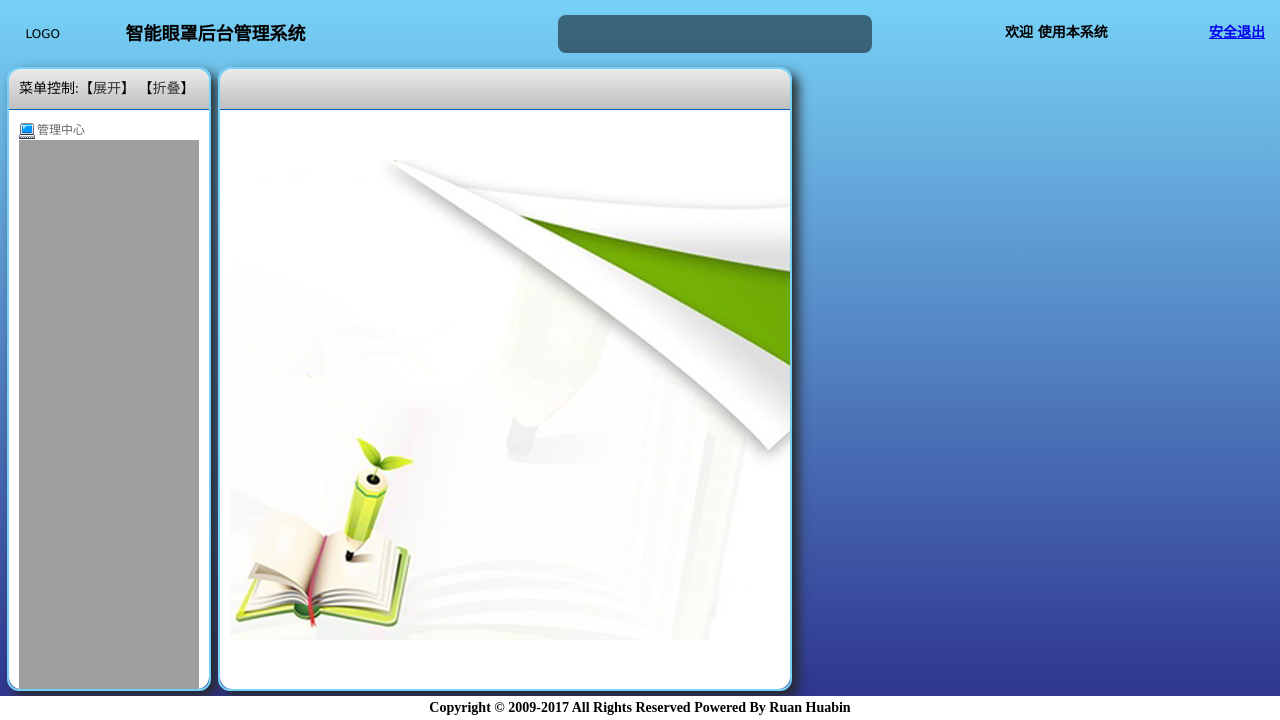
Repository: ruanhuabin/IntelliEyeShade
Page: http://localhost/IntelliEyeShade/admin/admin_login_success.jsp
An editor plug-in stored every save of this project. The page is shown before and after the next save, followed by the edit.
The browser window is 1280 px wide. The pictures show the whole page.
The page is served by Tomcat 9. Nobody is signed in. The application's start-up code is not run. Other server files are loaded and not shown.

Above is the page before, as saved 2016-12-06 10:00:04.

### IntelliEyeShade/WebRoot/admin/admin_login_success.jsp
<%@ page language="java" import="java.util.*" contentType="text/html; charset=utf-8" %>
<%
String path = request.getContextPath();
String basePath = request.getScheme()+"://"+request.getServerName()+":"+request.getServerPort()+path+"/";
%>

<!DOCTYPE html>
<html>
<head>
	<title>后台管理</title>
	<meta http-equiv="content-type" content="text/html;charset=UTF-8">
	<link rel="stylesheet" type="text/css" href="../css/index.css" />
</head>
<body>
<div id="wrapper">
	<div id="header">
		<div id="logo">LOGO</div>
		<div id="title">智能眼罩后台管理系统</div>
		<div id="menu" style="left: 858px; width: 314px;">
<!-- 			<div id="menu_container"> -->
<!-- 				<ul id="menu_items"> -->
<!-- 					<li class="menu_item on" style="border-radius:8px 0 0 8px" onmouseout="this.style.backgroundColor=''" onmouseover="this.style.backgroundColor='#77D1F6';this.style.borderRadius='8px 0 0 8px'"><a>用户管理</a></li> -->
<!-- 					<li class="menu_item" onmouseout="this.style.backgroundColor='';this.style.fontWeight='normal'" onmouseover="this.style.backgroundColor='#77D1F6';this.style.fontWeight='bold'"><a>硬件管理</a></li> -->
<!-- 					<li class="menu_item" onmouseout="this.style.backgroundColor='';this.style.fontWeight='normal'" onmouseover="this.style.backgroundColor='#77D1F6';this.style.fontWeight='bold'"><a>统计管理</a></li> -->
<!-- 					<li class="menu_item" onmouseout="this.style.backgroundColor='';this.style.fontWeight='normal'" onmouseover="this.style.backgroundColor='#77D1F6';this.style.fontWeight='bold'"><a>网盘管理</a></li>
<!-- 					<li class="menu_item" onmouseout="this.style.backgroundColor='';this.style.fontWeight='normal'" onmouseover="this.style.backgroundColor='#77D1F6';this.style.fontWeight='bold'"><a>相册管理</a></li> -->
<!-- 					 <li class="menu_item" style="border-radius:8px 0 0 8px;border:0px;" onmouseout="this.style.backgroundColor='';this.style.fontWeight='normal'" onmouseover="this.style.backgroundColor='#77D1F6';this.style.borderRadius='0 8px 8px 0';this.style.fontWeight='bold'"><a>邮件管理</a></li> -->
<!-- 					--> -->
<!-- 				</ul> -->
<!-- 			</div> -->
		</div>
		<div id="user_info">
			<div id="welcome">欢迎 ${sessionScope.loginUserName} 使用本系统</div>
			<div id="logout"><a href="<%=path%>/admin/Administrator_logout.action">安全退出</a></div>
		</div>
	</div>
	<div id="navigator">
		<iframe src="../tree.jsp"></iframe>
        </div>
	<div id="main">
		<iframe name="MainFrame" src="admin_login_main.jsp"></iframe>
	</div>
	<div id="footer">Copyright © 2009-2017 All Rights Reserved Powered By Ruan Huabin</div>
</div>
</body>
<script type="text/javascript">
function screenAdapter(){
	document.getElementById('footer').style.top=document.documentElement.scrollTop+document.documentElement.clientHeight- document.getElementById('footer').offsetHeight+"px";
		document.getElementById('navigator').style.height=document.documentElement.clientHeight-100+"px";
		document.getElementById('main').style.height=document.documentElement.clientHeight-100+"px";
		document.getElementById('main').style.width=window.screen.width-230+"px";
}

window.onscroll=function(){screenAdapter();};
window.onresize=function(){screenAdapter();};
window.onload=function(){screenAdapter();};
</script>
</html>

### IntelliEyeShade/WebRoot/css/index.css
* {
    background: none repeat scroll 0 0 transparent;
    border: 0 none;
    margin: 0;
    padding: 0;
    vertical-align: baseline;
}
body{
    min-height:600px;
    min-width:1280px;
	overflow-y:hidden;
}
#wrapper {
    background-image: -moz-linear-gradient(top,#77D1F6, #2F368F);
    background-image:-webkit-gradient(linear, left top, left bottom, color-stop(0, #77D1F6),color-stop(1, #2F368F));
    font-family: "lucida Grande",Tahoma,Arial;
    font-size: 12px;
    overflow: hidden;
    height:100%;
    width:100%;
    height:100%;
}
#header {
    float: left;
    height: 62px;
    position: relative;
    width: 100%;
    z-index: 10;
	text-align:center;
}
#logo {
	//border:1px solid red;
    float: left;
    height: 38px;
	line-height:38px;
	vertical-align:middle;
    margin: 15px 0 0 1%;
    width: 60px;
}
#title {
	//border:1px solid red;
    float: left;
    height: 38px;
	line-height:38px;
	vertical-align:middle;
    margin: 15px 0 0 1%;
    width: 260px;
	font-family:微软雅黑;
	font-size:18px;
	font-weight:bold;
	text-align:center;
}
#menu{
	position:absolute;
	left:50%;
	margin-top:15px;
	margin-left:-300px;
    float: float;
    height: 38px;
	width:615px;
	line-height:38px;
	vertical-align:middle;
	text-align:center;
    border-radius: 8px;
    background-color:#000000;
    opacity:0.5;
}
#menu_container{
    position:relative;
	margin:2px;
	height: 34px;
	line-height:34px;
    vertical-align:middle;
    border-radius: 8px;
    background-image: -moz-linear-gradient(top,#EBEBEB, #BFBFBF);
    background-image: -webkit-gradient(linear, left top, left bottom, color-stop(0, #EBEBEB),color-stop(1, #BFBFBF));
}
#menu_items{
	list-style:none;
	line-height: normal;
	height: 34px;
	line-height:34px;
	vertical-align:middle;
	font-size:14px;
	border:2px solid solid;
	border-right-style:groove;
}
.menu_item{
	display: list-item;
	float:left;
	width:100px;
	border-right:2px solid #F6F6F6;
	border-right-style:groove;
	cursor:pointer;
}
.on{
	display: list-item;
	float:left;
	width:100px;
	background:#77D1F6;
	font-weight:bold;
}
.menu_item a{
	height: 34px;
	line-height:34px;
	display:block;
}
#user_info {
    height: 35px;
	line-height:35px;
	vertical-align:middle;
    position: relative;
	float:right;
	margin-top:15px;
	margin-right:15px;
	width:240px;
    font-weight:bold;
	font-size:14px;
}
#welcome{
	left:-20px;
    position: relative;
	float:left;
}
#logout{
    position: relative;
	float:right;
}
#footer{
    position: absolute;
	float:left;
    left:0px;
    width: 100%;
    height: 25px;
    vertical-align:middle;
    line-height:25px;
	text-align:center;
	font-family:微软雅黑;
	font-size:14px;
	font-weight:bold;
	font-color:#FFF;
}
#navigator{
    position:relative;
    float:left;
    width:200px;
    margin:5px 2px 5px 2px;
    left:5px;
    border-color: #77D1F6;
    border-width: 2px;
    border-style: solid;
    border-radius: 12px;
    -moz-box-shadow: 6px 6px 12px #282828;
    -webkit-box-shadow: 6px 6px 12px #282828;
}
#main{
    position:relative;
    float:left;
    width: 80%;
    margin:5px;
    left:5px;
    border-color: #77D1F6;
    border-width: 2px;
    border-style: solid;
    border-radius: 12px 12px;
    -moz-box-shadow: 6px 6px 12px #282828;
    -webkit-box-shadow: 6px 6px 12px #282828;
}
iframe{
    height:100%;
    width:100%;
    background:#FFF;
    position:relative;
    border-radius:12px;
    overflow:hidden;
}

### IntelliEyeShade/WebRoot/tree.jsp
<%@ page language="java" import="java.util.*" contentType="text/html; charset=utf-8" %>
<%
String path = request.getContextPath();
String basePath = request.getScheme()+"://"+request.getServerName()+":"+request.getServerPort()+path+"/";
%>
<!DOCTYPE html>
<html>
<head>
	<title>导航树</title>
	<meta http-equiv="content-type" content="text/html;charset=UTF-8">
	<style type="text/css">@import url('components/dtree/dtree.css');</style>
	<script type="text/javascript">var dtreeIconBasePath = "components/dtree";</script>
	<script type="text/javascript"  src="components/dtree/dtree.js"></script>
</head>
<body>
<script type="text/javascript">
var treeMenu = [
	/* { level:1, name:"学生管理"},
	{ level:2, name:"学生列表", ico:"images/icon_default.gif",link:"students/Student_query.action"},
	{ level:1, name:"教师管理"},
	{ level:2, name:"教师列表", ico:"images/icon_default.gif",link:"role_list.html"},
	{ level:1, name:"信息管理"},
	{ level:2, name:"新闻管理", ico:"images/icon_default.gif",link:"news_list.html"},
	{ level:2, name:"公告管理", ico:"images/icon_default.gif",link:"bulletin_list.html"},
	{ level:1, name:"系统邮件", ico:"images/icon_default.gif"},
	{ level:1, name:"网络文件", ico:"images/icon_default.gif",link:"complaint_list.html"}, */
	{ level:1, name:"用户管理", ico:"images/icon_default.gif",link:"users/Users_queryByPage.action"},
	{ level:1, name:"硬件管理", ico:"images/icon_default.gif",link:"devices/Devices_queryByPage.action"},
	{ level:1, name:"统计管理", ico:"images/icon_default.gif",link:"statistics/statistics_filter.jsp"},
];
</script>
<style>
* {
    background: none repeat scroll 0 0 transparent;
    border: 0 none;
    margin: 0;
    padding: 0;
    vertical-align: baseline;
	font-family:微软雅黑;
	overflow:hidden;
}
#menuControll{
	width:100%;
	position:relative;
	word-wrap:break-word;
	border-bottom:1px solid #065FB9;
	margin:0;
	padding:0 10px;
	font-size:14px;
	height:40px;
	line-height:40px;
	vertical-align:middle;
    background-image: -moz-linear-gradient(top,#EBEBEB, #BFBFBF);
    background-image: -webkit-gradient(linear, left top, left bottom, color-stop(0, #EBEBEB),color-stop(1,
#BFBFBF));
}
</style>
<div id="menuControll">
菜单控制:【<a href="#" onclick="tree.openAll();this.blur();return false;" style="color:#333333;text-decoration:none">展开</a>】
【<a href="#" onclick="tree.closeAll();this.blur();return false;" style="color:#333333;text-decoration:none">折叠</a>】
</div>
<div class="dtree" style="margin:10px;">
<script type="text/javascript">
//建立新树
tree = new dTree('tree');
tree.config.target = "MainFrame";
tree.config.useCookies = false;
var selNum = -1;
var link = "";
//根目录
tree.add(0,-1,'管理中心', null, null, null, '', '');
var count = 0;
var pLevelIdArray = new Array();
pLevelIdArray[1] = 0;
var currLevel = 1;
for (var i=0; i<treeMenu.length; i++) {
	var item = treeMenu[i];
	var itemLevel = item.level;
	pLevelIdArray[itemLevel+1] = ++count;
	if (item.link!=null && item.link!="") {
		if (item.ico!=null) {
			tree.add(count, pLevelIdArray[itemLevel], item.name, item.link, null, null, item.ico, item.ico);
		} else {
			tree.add(count, pLevelIdArray[itemLevel], item.name, item.link);
		}
	} else {
		if (item.ico!=null) {
			tree.add(count, pLevelIdArray[itemLevel], item.name, null, null, null, item.ico, item.ico);
		} else {
			tree.add(count, pLevelIdArray[itemLevel], item.name);
		}
	}
	if (item.select) {
		selNum = count;
		link = item.link;
	}
}
document.write(tree);
tree.openAll();
if (selNum != -1) {
	tree.openTo(selNum,true);
	top.document.frames["MainFrame"].location.href=link;
}
</script>
</div>
</body>
</html>

### IntelliEyeShade/WebRoot/admin/admin_login_main.jsp
<%@ page language="java" import="java.util.*" contentType="text/html; charset=utf-8" %>
<%
String path = request.getContextPath();
String basePath = request.getScheme()+"://"+request.getServerName()+":"+request.getServerPort()+path+"/";
%>
<!DOCTYPE html>
<html>
	<meta http-equiv="content-type" content="text/html;charset=UTF-8">
	<link rel="stylesheet" type="text/css" href="../css/default.css" />
<style type="text/css">
* {
    background: none repeat scroll 0 0 transparent;
    border: 0 none;
    margin: 0;
    padding: 0;
    vertical-align: baseline;
	font-family:微软雅黑;
	overflow:hidden;
}
#navi{
	width:100%;
	position:relative;
	word-wrap:break-word;
	border-bottom:1px solid #065FB9;
	margin:0;
	padding:0;
	height:40px;
	line-height:40px;
	vertical-align:middle;
    background-image: -moz-linear-gradient(top,#EBEBEB, #BFBFBF);
    background-image: -webkit-gradient(linear, left top, left bottom, color-stop(0, #EBEBEB),color-stop(1,
#BFBFBF));
}
#naviDiv{
	font-size:14px;
	color:#333;
	padding-left:10px;
}
#tips{
	margin-top:10px;
	width:100%;
	height:40px;
}
#buttonGroup{
	padding-left:10px;
	float:left;
	height:35px;
}
.button{
	float:left;
	margin-right:10px;
	padding-left:10px;
	padding-right:10px;
	font-size:14px;
	width:70px;
	height:30px;
	line-height:30px;
	vertical-align:middle;
	text-align:center;
	cursor:pointer;
    border-color: #77D1F6;
    border-width: 1px;
    border-style: solid;
    border-radius: 6px 6px;
    -moz-box-shadow: 2px 2px 4px #282828;
    -webkit-box-shadow: 2px 2px 4px #282828;
    background-image: -moz-linear-gradient(top,#EBEBEB, #BFBFBF);
    background-image: -webkit-gradient(linear, left top, left bottom, color-stop(0, #EBEBEB),color-stop(1, #BFBFBF));
}
#mainContainer{
	padding-left:10px;
	padding-right:10px;
	text-align:center;
	width:98%;
	font-size:12px;
}
</style>
<body>
<div id="navi">
	<!-- 导航空白 -->
</div>
<div id="tips">
	<!-- 导航空白 -->
</div>
<div id="mainContainer">
   <img src="../images/welcome.jpg">
   <!--数据表格空白 -->
</div>
</body>
</html>

### IntelliEyeShade/WebRoot/components/dtree/dtree.css
/*--------------------------------------------------|
| dTree 2.05 | www.destroydrop.com/javascript/tree/ |
|---------------------------------------------------|
| Copyright (c) 2002-2003 Geir Landr?               |
|--------------------------------------------------*/

.dtree {
	font-size: 12px;
	color: #666;
	white-space: nowrap;
}
.dtree img {
	border: 0px;
	vertical-align: middle;
}
.dtree a {
	color: #333;
	text-decoration: none;
}
.dtree a.node, .dtree a.nodeSel {
	white-space: nowrap;
	padding: 1px 2px 1px 2px;
}
.dtree a.node:hover, .dtree a.nodeSel:hover {
	color: #333;
	text-decoration: underline;
}
.dtree a.nodeSel {
	background-color: #c0d2ec;
}
.dtree .clip {
	overflow: hidden;
}

### IntelliEyeShade/WebRoot/css/default.css
/* 基本样式 */


/* 去掉图片、表单边框 */
img, form {
	margin:0;
	padding:0;
	border:0;
}

/* 超链接 */
a {
	text-decoration: none;
}
a:link, a:visited {
	color:#063685;
	text-decoration:none;
}
a:hover, a:active {
	color:#FF5500;
	text-decoration:underline;
}

/* 表格 */
table.default {
	border:1px solid #0283c5;
	border-collapse:collapse;
	margin-top:5px;
}
table.default td, table.default tr.style1 td {
	padding:2 5 2 5;
	height:26px;
	border:1px solid #ffffff;
}
table.default tr, table.default tr.style1{
	background-color:#f0f0f0;
}
table.default tr.style0{
	background-color:#dfdfdf;
}
table.default tr.title td, table.default tr.ltitle td {
	font-weight:bold;
	background:#0283c5;
	color:#ffffff;
	border:1px solid #ffffff;
	white-space:nowrap;
	height:26px;
	line-height:26px;
	vertical-align:middle;
}
table.default tr.ltitle td {
	text-align:left;
}
table.default tr.title td {
	text-align:center;
	line-height:26px;
	vertical-align:middle;
}
table.default tr.subtitle td ,table.default tr.lsubtitle td {
	font-weight:bold;
	background:#69f;
	color:#ffffff;
	border:1px solid #ffffff;
	white-space:nowrap;
	height:26px;
	line-height:26px;
	vertical-align:middle;
}
table.default tr.lsubtitle td {
	text-align:left;
}
table.default tr.subtitle td {
	text-align:center;
}

table.default tr.strong td {
	font-weight:bold;
	background:#DDD;
}

table.default tr.stronghl td {
	font-weight:bold;
	background:#FFCC99;
	text-align:center;
}

table.default tr.hl td {
	background:#ffffcc/*#FFFF99*/;
}

table.default td.item {
	font-weight:bold;
	color:#333333;
	text-align:right;
}

table.default td.text {
	line-height:150%;
}

table.default td.opt {
	background:#FFFF99;
	padding-right:10px;
}

table.explain {
	margin-top:5px;
	margin-bottom:5px;
}
table.explain td {
	font-family:宋体;
	font-size:12px;
	border:1px solid #333333;
	background:#f0f0f0;
	padding:8px;
	line-height:120%;
}

table.pages {
	border:0;
}
table.pages td {
	height:26px;
}

table.reswb {
	border:1px solid #0283c5;
	border-collapse:collapse;
	margin-top:10px;
}

table.reswb tr.title td {
	padding:2 5 2 5;
	font-weight:bold;
	background:#0283c5;
	color:#ffffff;
	border:1px solid #ffffff;
	white-space:nowrap;
	height:26px;
	line-height:26px;
	vertical-align:middle;
}

table.default tr.list{
	text-align: center;
	line-height:26px;
	vertical-align:middle;
}

/* 普通信息 */
div.info {
	padding:5px 5px 5px 2px;
	margin-top:10px;
}

/* 前台导航用 */
.tdnormal {
	border-bottom:1px solid white;
}

.tdselected {
	border:1px solid white;
	border-bottom:0;
	font-weight:bold;
}
.navtab td {
	height:30px;
	color:white;
	font-size:9pt;
	text-align:center;
}
a.navbar, a.navbar:visited, a.navbar:active {text-decoration: none;color:#FFF;}
a.navbar:hover {text-decoration: underline;color:#FFF;}


/* 错误信息 */
.errorBox {
	border:1px solid #ff0000;
	padding:5px;
	background:#FFCCCC;
}
.errorMessage {
	color:#cc0000;
}
ul {
	margin-left:30px;
	margin-top:0;
	margin-bottom:0;
}

/* 分页页码样式 */
.selectedPage {
	border:1px solid #999999;
	background:#ffffcc;
	color:#000000;
	padding:0 3px 2px 3px;
}
.noSelectedPage {
	padding:0 3px 0 3px;
}
a.page {
	font-size:12px;
	text-decoration: none;
}
a.page:link, a.page:visited {
	color:#0044DD;
	text-decoration:none;
}
a.page:hover, a.page:active {
	color:#FF5500;
	text-decoration:none;
}

/* 表单元素样式 */
.input_text {
	width:200px;
	margin-right:5px;
}
.notNull {
	color:red;
}
.notice {
	color:#20A8F0;
}

/* 后台任务链接样式 */
a.navlink {
	font-family:宋体;
	height:25px;
	font-weight:normal;
	letter-spacing:1px;
	padding:4 5 0 5;
	background:#e0e0e0;
	border:2px outset;
	FILTER: progid:DXImageTransform.Microsoft.Gradient(GradientType=0, StartColorStr=#ffffff, EndColorStr=#20A8F0);
}

a.navlink {text-decoration: none;color:#000000;}
a.navlink:visited {text-decoration: none;color:#000000;}
a.navlink:active {text-decoration: none;color:#0044DD;}
a.navlink:hover {text-decoration: none;color:#FF5500;}

/* 操作按钮 */
div.oper {
	margin:5px;
	text-align:right;
}

div.oper input {
	margin-left:5px;
	margin-right:5px;
}

/* 背景色 */
.fbg {
	background:#065FB9;
}
.bbg {
	background:#04477C;
}

/* tooltip */
/*
span.tip {
	cursor:default;
}
#tooltip {
	position: absolute;
	z-index: 3000;
	border: 1px solid #111;
	background-color: #eee;
	padding: 5px;
	opacity: 0.85;
}
#tooltip h3, #tooltip div {
	font-size:12px;
	margin: 0;
}
*/

/* 特殊高亮文本 */
span.spec {
	color:#003399;
}

/* 特殊灰色文本 */
span.gray {
	color:#666;
}

/* 黄色背景 */
.bg1 {
	background:#FFCC99;/*#FFFF99;*/
}

/* 绿色背景 */
.bg2 {
	background:#99CC99;
}

/* 文章样式 */

div.title {
	font-size:16px;
	font-weight:bold;
	background:#FFFF99;
	border-bottom:2px solid #000;
	padding:5px;
	margin-bottom:10px;
}

div.content {
	font-size:14px;
	line-height:150%;
}

div.faq-q {
	padding:5px;
	background:#DDD;
	font-weight:bold;
}

div.faq-a {
	padding:5px;
	line-height:150%;
	font-size:16px;
}

/* 问卷样式 */
.option {
	margin-right:10px;
}

.answer {
	background:#060;
	color:white;
	font-weight:bold;
	padding:2px;
}

table.stat {
	border-collapse:collapse;
}
table.stat td {
	border:0;
	padding-left:20px;
}
hr.percent {
	height:10px;
	color:#093;
	border:1px solid black;
}

td.indent {
	padding-left:10px;
}

#page_explain {
	display:none;
}

#navDiv {
	color:#333;
	padding-left:10px;
	line-height:30px;
	background:#CCFF99;
	border-bottom:1px solid #065FB9;
	height:30px;
	padding-top:6px;
}
/*--------分页样式-----------*/
.pager-top {
    overflow:hidden;
    padding:5px 10px 0;
    color:#333333;
    font-family:Tahoma,Verdana,sans-serif,simsun;
    font-size:12px;
    margin-top:10px;
    border-bottom:1px solid #D8DFEA;
}
.pager-top span {
    float:left;
    padding-bottom:6px;
}
.pagerpro {
    float:right;
    list-style-image:none;
    list-style-position:outside;
    list-style-type:none;
    margin:0;
    padding:0;
}
.pagerpro li {
    display:inline;
    float:left;
}
.pagerpro li a.chn {
    font-size:12px;
}
.pagerpro li a {
    display:block;
    font-size:11px;
    padding:3px 3px 2px;
    color:#005EAC;
    text-decoration:none;
}
.pagerpro li a.chn:hover {
    border-bottom:1px solid #005EAC;
}
.pagerpro li a:hover {
    background:#005EAC none repeat scroll 0 0;
    border-bottom:2px solid #005EAC;
    border-color:#D8DFEA #D8DFEA #005EAC;
    color:#FFFFFF;
    text-decoration:none;
}
.pagerpro li.current a, .pagerpro li.current a:hover {
    background:transparent none repeat scroll 0 0;
    border-bottom:2px solid #005EAC;
    border-color:#005EAC;
    color:#005EAC;
    font-weight:700;
    padding-left:2px;
    padding-right:2px;
}
.marquee_txt{
	font-size:12px;
	font-family:"微软雅黑";
	margin-top:5px;
	margin-left:auto;
    margin-right:auto;
    width:222px;
}

Loaded but not shown: IntelliEyeShade/WebRoot/components/dtree/dtree.js (347 lines, source omitted)

After the next save:
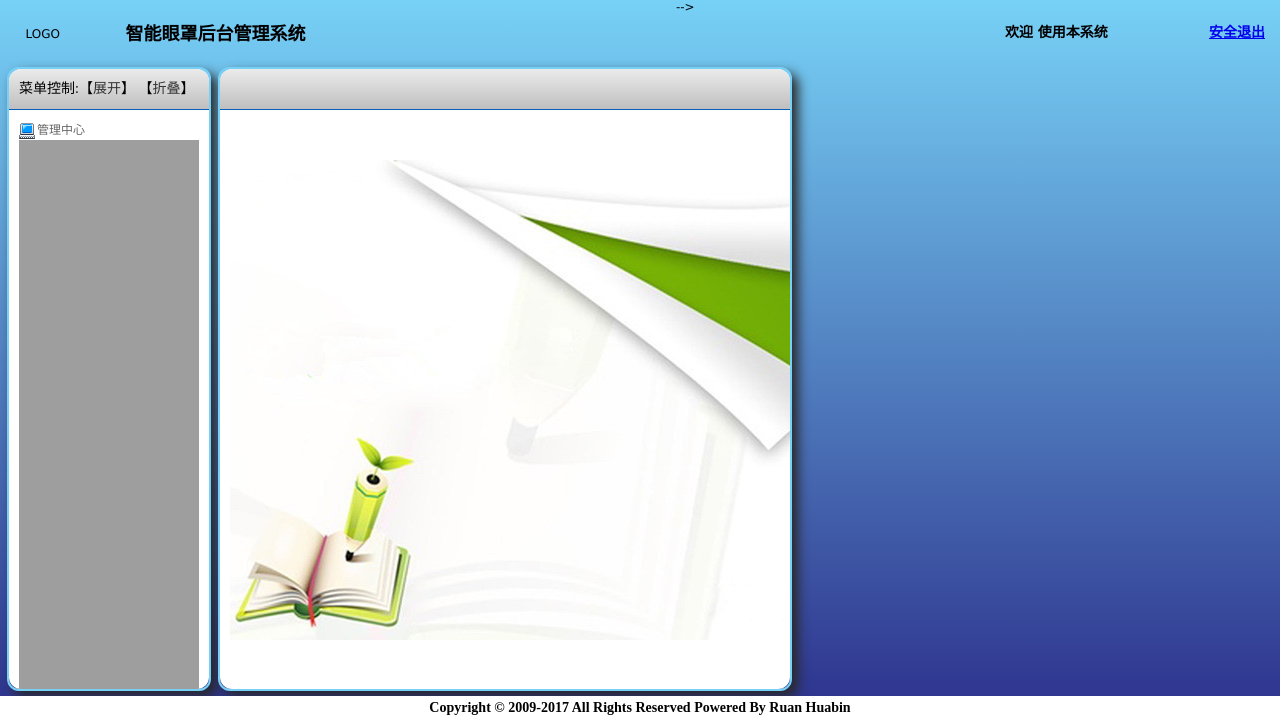
Saved 38 s later.
--- a/IntelliEyeShade/WebRoot/admin/admin_login_success.jsp
+++ b/IntelliEyeShade/WebRoot/admin/admin_login_success.jsp
@@ -16,7 +16,7 @@ String basePath = request.getScheme()+"://"+request.getServerName()+":"+request.
 	<div id="header">
 		<div id="logo">LOGO</div>
 		<div id="title">智能眼罩后台管理系统</div>
-		<div id="menu" style="left: 858px; width: 314px;">
+<!-- 		<div id="menu" style="left: 858px; width: 314px;"> -->
 <!-- 			<div id="menu_container"> -->
 <!-- 				<ul id="menu_items"> -->
 <!-- 					<li class="menu_item on" style="border-radius:8px 0 0 8px" onmouseout="this.style.backgroundColor=''" onmouseover="this.style.backgroundColor='#77D1F6';this.style.borderRadius='8px 0 0 8px'"><a>用户管理</a></li> -->
@@ -28,7 +28,7 @@ String basePath = request.getScheme()+"://"+request.getServerName()+":"+request.
 <!-- 					--> -->
 <!-- 				</ul> -->
 <!-- 			</div> -->
-		</div>
+<!-- 		</div> -->
 		<div id="user_info">
 			<div id="welcome">欢迎 ${sessionScope.loginUserName} 使用本系统</div>
 			<div id="logout"><a href="<%=path%>/admin/Administrator_logout.action">安全退出</a></div>
